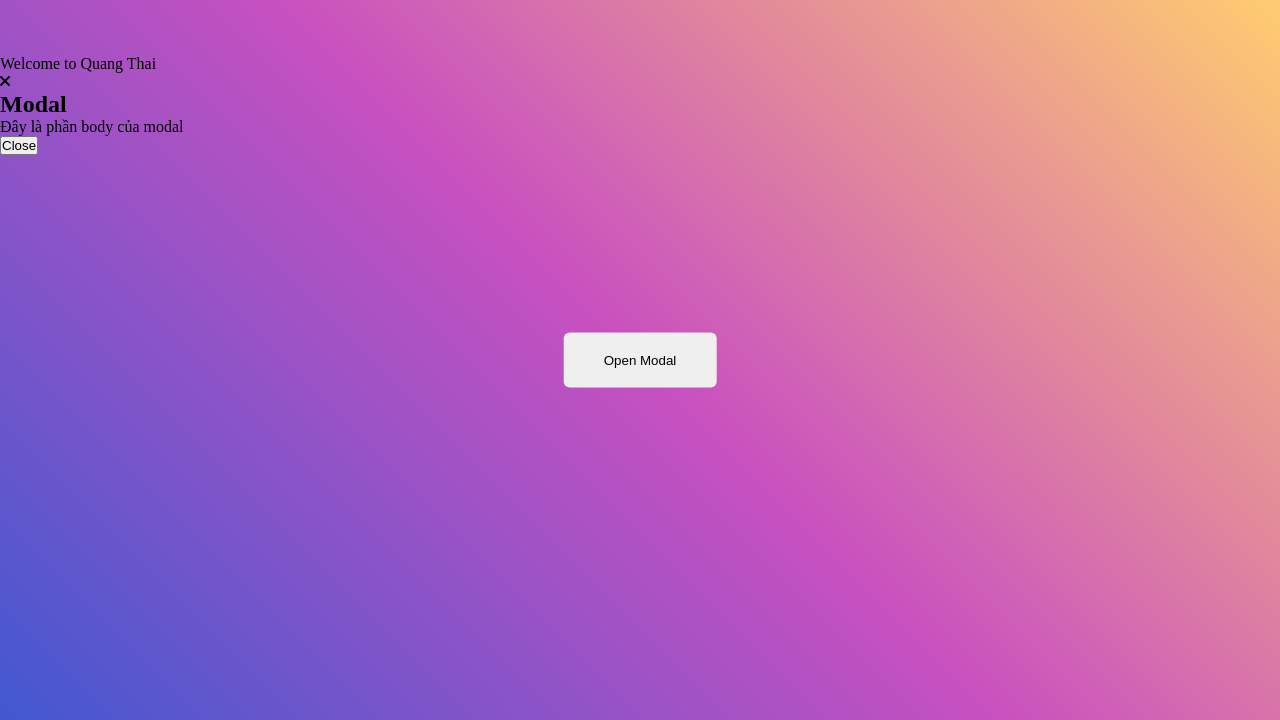
Repository: QUANGTHAI2003/modal
Page: index.html
An editor plug-in stored every save of this project. The page is shown before and after the next save, followed by the edit.
The browser window is 1280 px wide. The pictures show the whole page.

Above is the page before, as saved 2022-02-28 21:36:07.

### index.html
<!DOCTYPE html>
<html lang="en">

<head>
    <meta charset="UTF-8">
    <meta http-equiv="X-UA-Compatible" content="IE=edge">
    <meta name="viewport" content="width=device-width, initial-scale=1.0">
    <title>Modal show</title>
    <link rel="stylesheet" href="https://cdnjs.cloudflare.com/ajax/libs/font-awesome/6.0.0/css/all.min.css">
    <link rel="stylesheet" href="./style.css">
</head>

<body>
    <button class="open-modal-btn">Open Modal</button>
    <div class="modal">
        <div class="modal_inner">
            <div class="modal__header">
                <p>Welcome to Quang Thai</p>
                <i class="fas fa-times"></i>
            </div>
            <div class="modal__body">
                <h2>Modal</h2>
                <p>Đây là phần body của modal</p>
            </div>
            <div class="modal__footer">
                <button>Close</button>
            </div>
        </div>
    </div>
    <script src="./app.js"></script>
</body>

</html>

### style.css
* {
    margin: 0;
    padding: 0;
    box-sizing: border-box;
}

body {
    height: 100vh;
    overflow: hidden;
    background-image: linear-gradient(
        45deg,
        rgb(65, 88, 208) 0%,
        rgb(200, 80, 192) 50%,
        rgb(255, 204, 112) 100%
    );
}

.open-modal-btn {
    padding: 20px 40px;
    border: none;
    outline: none;
    border-radius: 6px;
    display: inline-block;
    position: relative;
    top: 50%;
    left: 50%;
    transform: translate(-50%, -50%);
}

Loaded but not shown: app.js (no stored copy; drawn as an empty file)

After the next save:
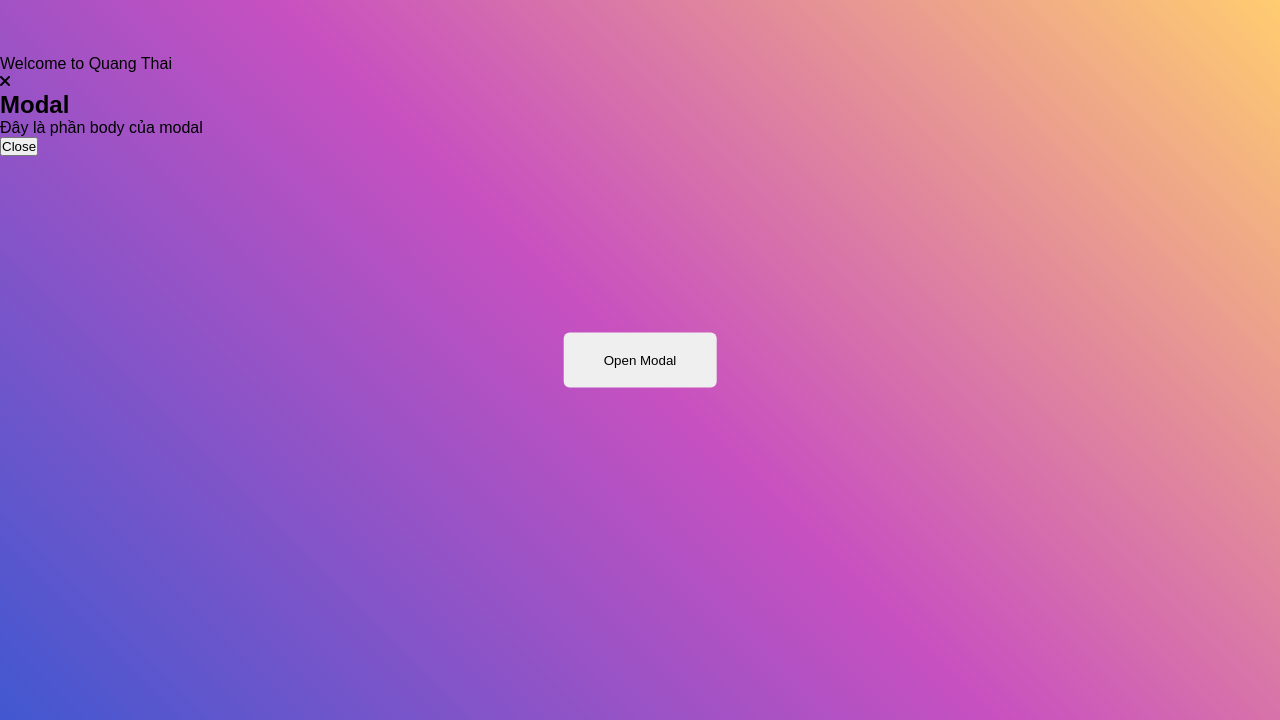
Saved 25 s later.
--- a/style.css
+++ b/style.css
@@ -7,6 +7,7 @@
 body {
     height: 100vh;
     overflow: hidden;
+    font-family: sans-serif;
     background-image: linear-gradient(
         45deg,
         rgb(65, 88, 208) 0%,
